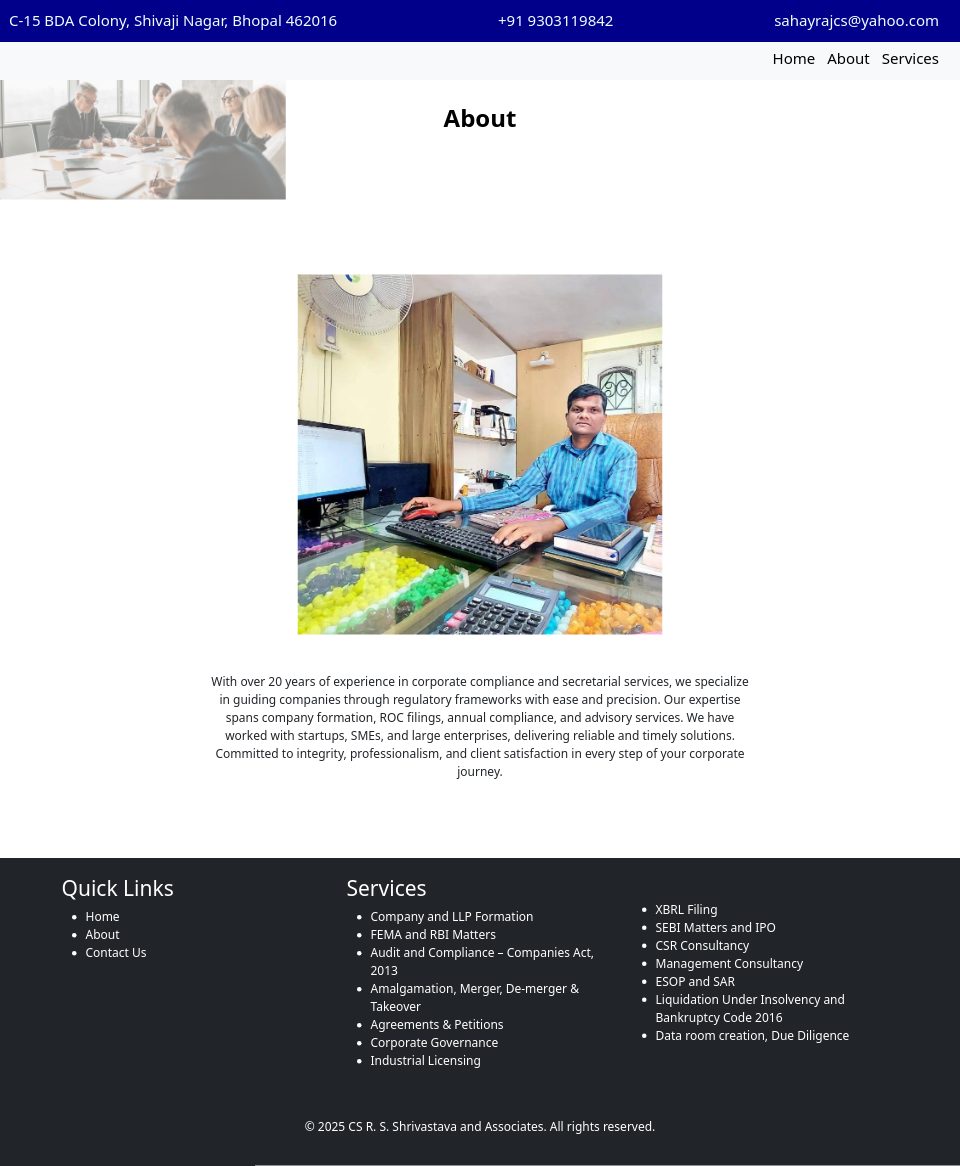
Repository: aayushiss/CS-RSS
Page: about.html
An editor plug-in stored every save of this project. The page is shown before and after the next save, followed by the edit.
The browser window is 1280 px wide. The pictures show the whole page, at 75% of full size.

Above is the page before, as saved 2025-05-20 18:41:19.

### about.html
<!DOCTYPE html>
<html lang="en">

<head>
    <meta charset="UTF-8">
    <meta name="viewport" content="width=device-width, initial-scale=1.0">
    <title>R. S. Shrivastava</title>
    <link href="https://cdn.jsdelivr.net/npm/bootstrap@5.3.3/dist/css/bootstrap.min.css" rel="stylesheet"
        integrity="sha384-QWTKZyjpPEjISv5WaRU9OFeRpok6YctnYmDr5pNlyT2bRjXh0JMhjY6hW+ALEwIH" crossorigin="anonymous">
    <link rel="stylesheet" type="text/css" href="style.css">
</head>

<body>
    <nav class="navbar fixed-top custom-navbar">
        <div class="container-fluid d-flex justify-content-between">
            <a class="navbar-brand"
                href="https://www.google.com/maps/place/R+S+SHRIVASTAVA+%26+ASSOCIATES/@23.2288499,77.4244091,17z/data=!3m1!4b1!4m6!3m5!1s0x397c425fada83073:0xcb1e8ba90a487f4e!8m2!3d23.228845!4d77.426984!16s%2Fg%2F1td0r8v9?entry=ttu&g_ep=EgoyMDI1MDUxMi4wIKXMDSoASAFQAw%3D%3D"
                target="_blank">C-15 BDA Colony, Shivaji Nagar, Bhopal 462016</a>
            <a class="navbar-brand" href="" tel:+919303119842"">+91 9303119842</a>
            <a class="navbar-brand" href="mailto:sahayrajcs@yahoo.com">sahayrajcs@yahoo.com</a>
        </div>
    </nav>
    <div class="navbar-space"></div>

    <nav class="navbar sticky-top second-navbar bg-light">
        <div class="container-fluid d-flex justify-content-end">
            <a class="navbar-brand" href="index.html">Home</a>
            <a class="navbar-brand" href="about.html">About</a>
            <a class="navbar-brand" href="services.html">Services</a>
        </div>
    </nav>

    <div class="position-relative" style="margin-bottom: 60px;" id="contact-section">
        <img src="images/haveAQuery.jpg" class="img-fluid" alt="..."
            style="opacity: .5; height: 10rem; width: fit-content;">
        <h2 class="position-absolute start-50 translate-middle-x text-black fw-bold" style="top: 20%;">
            About
        </h2>
    </div>
    <div class="col" style="padding: 40px;">
        <div class="text-center">
            <img src="images/AboutImage.jpeg" class="img-fluid" style="height: 30rem;">
            <p style="margin-top: 50px; margin-left: 15rem; margin-right: 15rem;">With over 20 years of experience in corporate compliance and secretarial
                services, we specialize in guiding companies through regulatory frameworks with ease and precision.
                Our expertise spans company formation, ROC filings, annual compliance, and advisory services.
                We have worked with startups, SMEs, and large enterprises, delivering reliable and timely solutions.
                Committed to integrity, professionalism, and client satisfaction in every step of your corporate
                journey.</p>
        </div>
    </div>

    <footer class="bg-dark text-white py-4 mt-5">
        <div class="container">
            <div class="row">
                <div class="col">
                    <h3>Quick Links</h3>
                    <ul class="footer-links">
                        <li><a href="index.html">Home</a></li>
                        <li><a href="about.html">About</a></li>
                        <li><a href="#contact-section">Contact Us</a></li>
                    </ul>
                </div>
                <div class="col">
                    <h3>Services</h3>
                    <ul class="footer-links">
                        <li><a href="index.html">Company and LLP Formation</a></li>
                        <li><a href="about.html">FEMA and RBI Matters</a></li>
                        <li><a href="#contact-section">Audit and Compliance – Companies Act, 2013</a></li>
                        <li><a href="hncjsd">Amalgamation, Merger, De-merger & Takeover</a></li>
                        <li><a href="hncjsd">Agreements & Petitions</a></li>
                        <li><a href="hncjsd">Corporate Governance</a></li>
                        <li><a href="hncjsd">Industrial Licensing</a></li>
                    </ul>
                </div>
                <div class="col" style="margin-top: 2rem;">
                    <ul class="footer-links">
                        <li><a href="hncjsd">XBRL Filing</a></li>
                        <li><a href="hncjsd">SEBI Matters and IPO</a></li>
                        <li><a href="hncjsd">CSR Consultancy</a></li>
                        <li><a href="hncjsd">Management Consultancy</a></li>
                        <li><a href="hncjsd">ESOP and SAR</a></li>
                        <li><a href="hncjsd">Liquidation Under
                                Insolvency and Bankruptcy Code 2016</a></li>
                        <li><a href="hncjsd">Data room creation, Due Diligence</a></li>
                    </ul>
                </div>
            </div>

        </div>
        <p class="text-center mt-5">&copy; 2025 CS R. S. Shrivastava and Associates. All rights reserved.</p>
    </footer>
</body>

</html>

### style.css
.custom-navbar {
    background-color: darkblue;
}

.custom-navbar .navbar-brand {
    color: azure;
}

.navbar-space {
    margin-top: 50px;
}

.second-navbar .navbar-brand {
    color: black;
}

.custom-card {
    height: 25vh;
}

.custom-card .card-img {
    height: 100%;
    object-fit: cover;
}

.container-fluid .card {
    padding: 10px;
}

.container-fluid .card-title {
    font-family: 'Times New Roman', Times, serif;
    font-weight: bold;
    font-size: xx-large;
}

.container-fluid .col-md-8 .card-title {
    font-family: 'Times New Roman', Times, serif;
    font-size: large;
}

.footer-links ul {
    list-style: none;
    text-decoration: none;
}

.footer-links a {
    color: white;
    text-decoration: none;
}

After the next save:
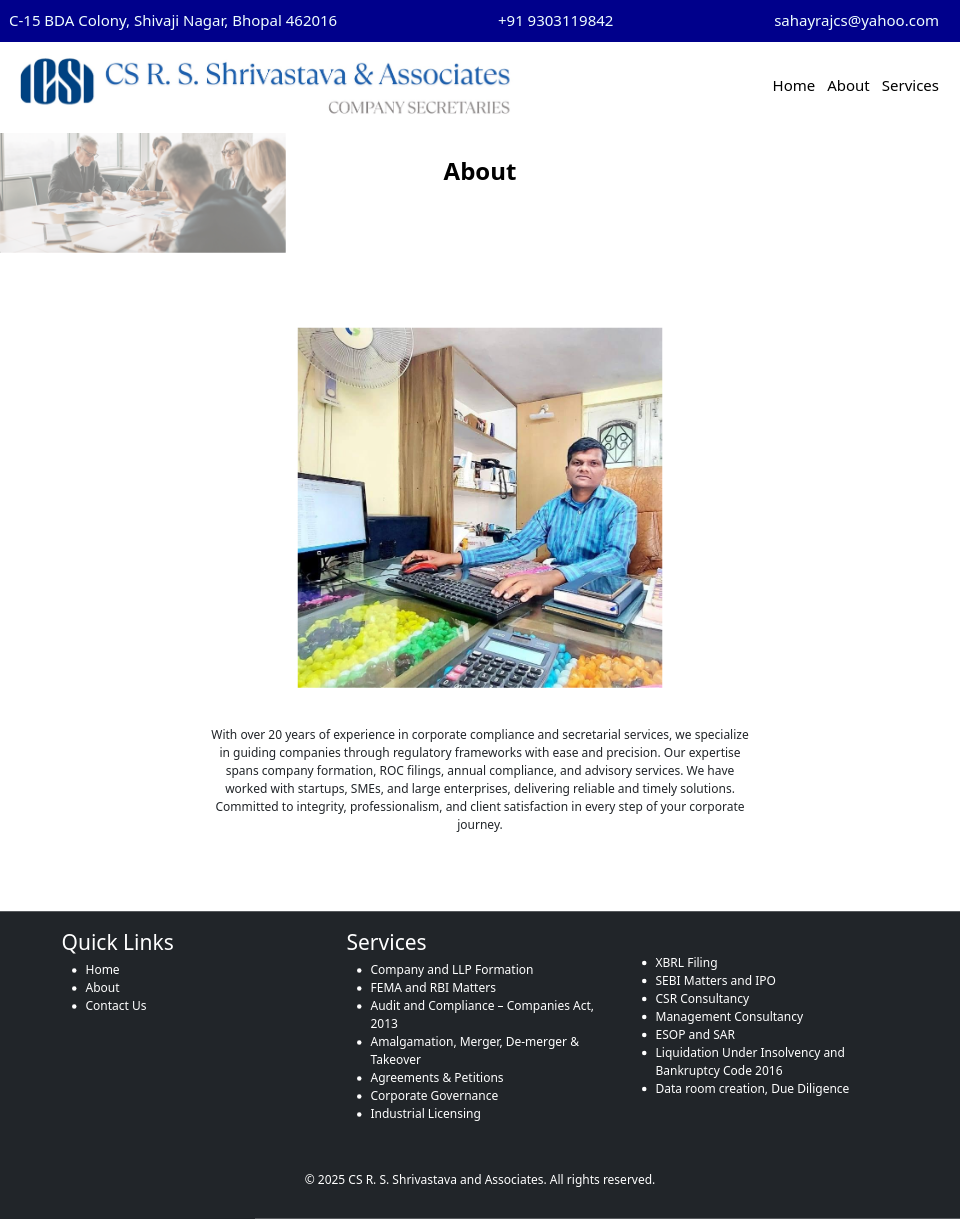
Saved 110 s later.
--- a/about.html
+++ b/about.html
@@ -22,13 +22,18 @@
     </nav>
     <div class="navbar-space"></div>
 
-    <nav class="navbar sticky-top second-navbar bg-light">
-        <div class="container-fluid d-flex justify-content-end">
+    <nav class="navbar sticky-top second-navbar bg-white">
+        <div class="container-fluid d-flex justify-content-between align-items-center">
+          <a class="navbar-brand" href="index.html">
+            <img src="images/icsi logo.jpg" alt="Logo" height="100rem" class="d-inline-block align-text-top">
+          </a>
+          <!-- </div> -->
+          <div class="d-flex">
             <a class="navbar-brand" href="index.html">Home</a>
             <a class="navbar-brand" href="about.html">About</a>
             <a class="navbar-brand" href="services.html">Services</a>
-        </div>
-    </nav>
+          </div>
+      </nav>
 
     <div class="position-relative" style="margin-bottom: 60px;" id="contact-section">
         <img src="images/haveAQuery.jpg" class="img-fluid" alt="..."
